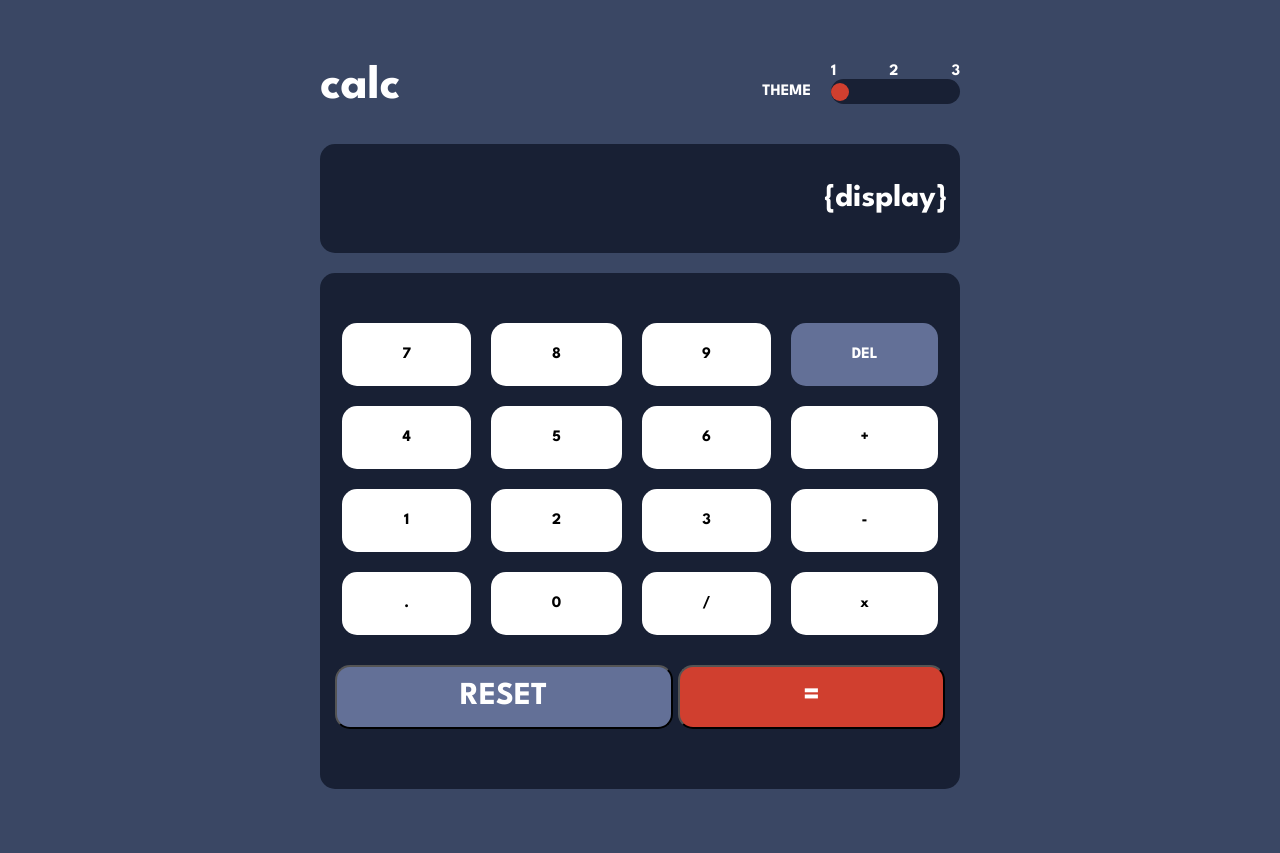
Repository: DevLaukey/calc-with-css-js
Page: index.html
These files come from the project's save history. The page is drawn as it stood at one moment and after the next save; the edit follows.
The browser window is 1280 px wide. The pictures show the whole page.

Above is the page before, as saved 2022-05-24 13:25:01.

After the next save:
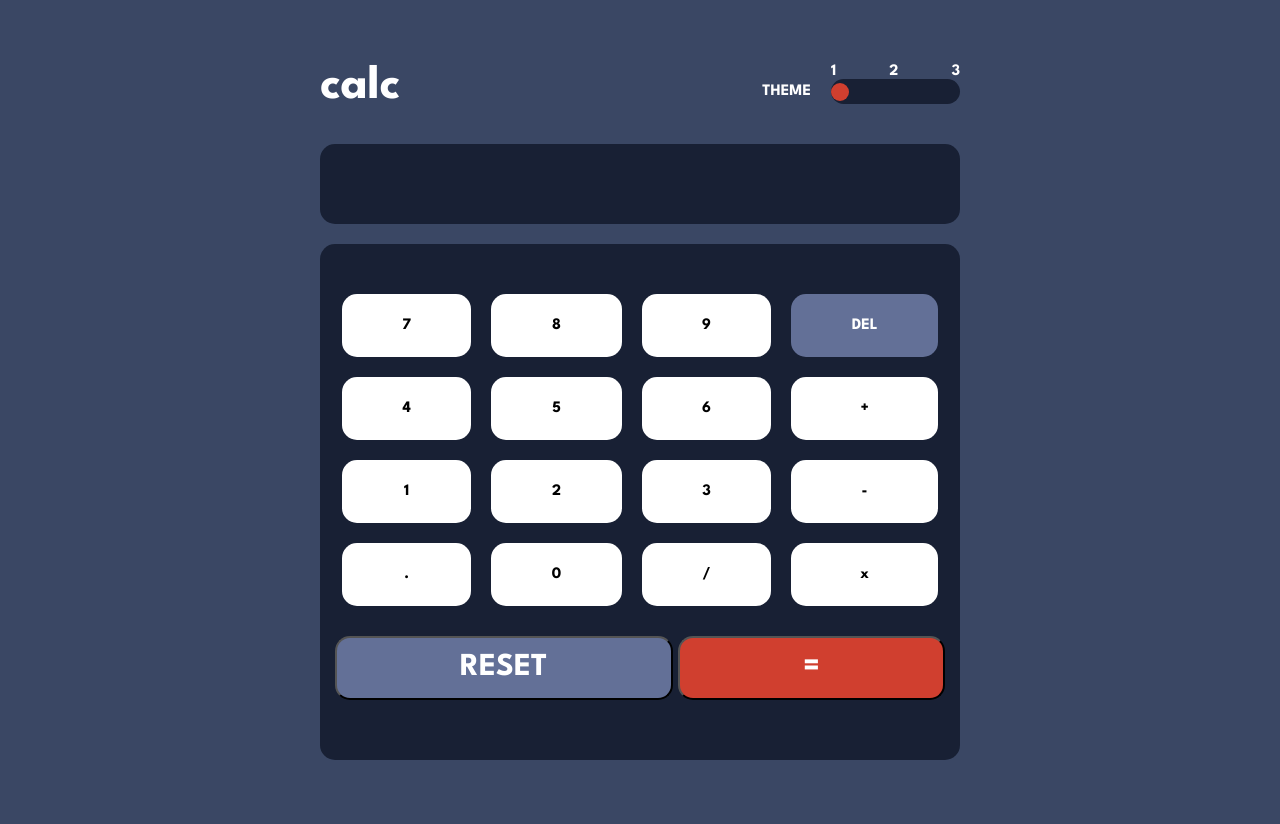
Saved 68 s later.
--- a/index.html
+++ b/index.html
@@ -45,7 +45,7 @@
         </div>
       </header>
       <div class="calculator__display">
-        <p class="text calculator__solution">{display}</p>
+        <p class="text calculator__solution" id="display"></p>
       </div>
       <div class="calculator__input">
         <div class="calculator__row">
